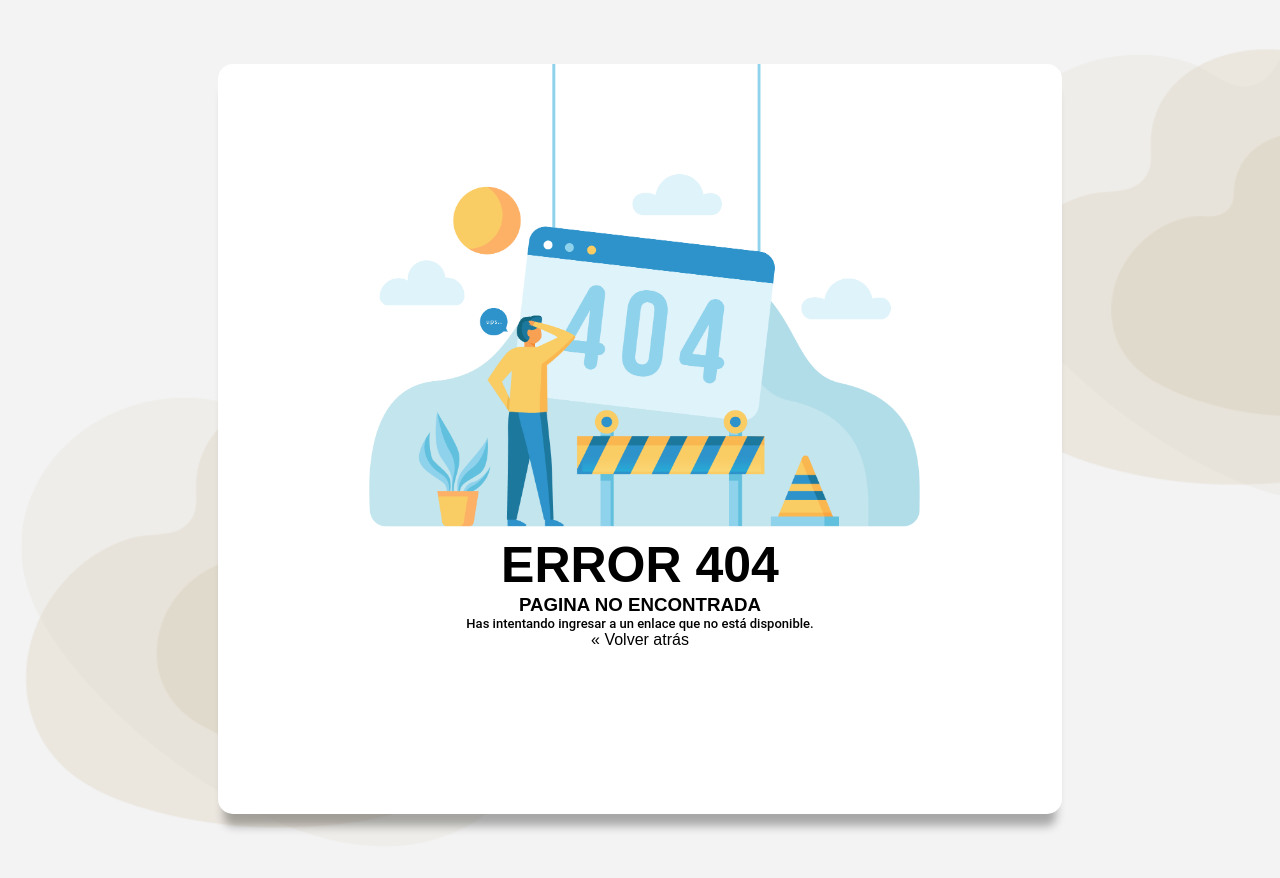
Repository: AlejandraBarrachina23/TPIntegrador_Barrachina_Java
Page: http://localhost/Alejandra_Barrachina_TP_Integrador1/error404.jsp
These files come from the project's save history. The page is drawn as it stood at one moment and after the next save; the edit follows.
The browser window is 1280 px wide. The pictures show the whole page.
Some web libraries are served in a nearby version. The page is served by Tomcat 9. Nobody is signed in. The application's start-up code is not run. Other server files are loaded and not shown.

Above is the page before, as saved 2019-12-19 12:36:56.

### Alejandra_Barrachina_TP_Integrador1/WebContent/error404.jsp

<%@ page language="java" contentType="text/html; charset=ISO-8859-1"
    pageEncoding="ISO-8859-1"%>
<!DOCTYPE html>
<html>
<head>
<meta charset="ISO-8859-1">

<script src="https://kit.fontawesome.com/735f5623c2.js"></script>
<link href="estilos.css" type="text/css" rel=stylesheet>
</head>
<body>

<div id="error-404">
		<img src="img/fondo-error.png" alt="icono-advertencia" class="">
		<h2>ERROR 404</h2>
		<h3>PAGINA NO ENCONTRADA</h3>
		<p>Has intentando ingresar a un enlace que no está disponible.</p>
		<a href="javascript:window.history.back();">&laquo; Volver atrás</a>
</div>

<script>
</script>
</body>
</html>

### Alejandra_Barrachina_TP_Integrador1/WebContent/estilos.css
@charset "ISO-8859-1";


* {
	padding:0px;
	margin:0px;
	border:0px;
}

body {
		background-color:#f3f3f3;
		background-image: url(iconos/fondo.png);
		background-repeat: no-repeat;
 		background-size: cover;


}

html,body{

margin:0px;

}


/*=============================================================
      FORMULARIO LOGIN
 ============================================================== */

 #error-404 {

 	background-color:#fff;
 	width:65;
 	height:750px;;
 	margin	: 5% 17%;
 	box-shadow: 0px 18px 10px -6px rgba(0,0,0,0.31);
 	text-align:center;
 	font-family: 'Francois One', sans-serif;
 	border-radius: 15px;

 }

 #error-404 a{

	color:black;

 }

  #error-404 img {

  width:70%;

  }

  #error-404 h2 {

  font-size:50px;
  }


 #login-avisos {

  	color:red;
  	margin-left:25%;
  	font-size:12px;
  }

 #recuperacion-aviso{
   	color:red;
  	margin-left:25%;
  	font-size:12px;
 }

 #form-login {

	width:65%;
 	margin	: 5% 17%;

}

#form-login-right, #form-login-left {


	height:750px;
	float:left;
	background-color:#F9FBFC;

}

#form-login-left {

	width:65%;
	border-top-left-radius: 20px;
	border-bottom-left-radius: 20px;
	box-shadow: 0px 18px 10px -6px rgba(0,0,0,0.31);
	opacity:0.9;
}

#form-login-left img {

	width:90%;
	padding	: 10% 5%;

}

#form-login-right {

	width:33%;
	border-top-right-radius: 20px;
	border-bottom-right-radius: 20px;
	box-shadow: 13px 14px 10px -6px rgba(0,0,0,0.31);
	opacity:0.8;

}


h1 {

		font-size:50px;
		font-family: 'Bebas Neue', cursive;
		color:#2C5060;
		margin-top:30%;
		text-align:center;
}

p, #form-login-right a {

	font-family: 'Roboto', sans-serif;
	font-weight: 500;
	font-size: 13px;
	color:black;
	text-align:center;
}

.text-box {

	border-bottom: 1px solid black;
	width:250px;
	text-align: center;
	margin-left:12%;
}

.text-box i {

	float:left;
	color: #2C5060;
	padding:7px;
}

#form-login-right [type="text"], #form-login-right [type="password"]{

	padding:5px;
	width:180px;
	border:none;
	outline:none;
	background-color:#FAFCFD;
	font-family: 'Oswald', sans-serif;

}

.main-button {

	background-color: #2C5060;
	color:white;
	width:35%;
	font-size:15px;
	border-style:none;
	padding:5px;
	border-radius: 15px;
	border: 0px solid #000000;
	box-shadow: 10px 10px 25px -13px rgba(0,0,0,0.75);
	font-family: 'Oswald', sans-serif;
	margin-left: 50%;

}

.main-button:hover {

	background-color: #1a6373;
}

.iconos-redes {

	width:5%;

}


#login-informacion {

	width:90%;
	padding:5%;

}


#login-informacion a{

	font-family: 'Oswald', sans-serif;
	font-size:15px;
	margin-left:48%;
}

#login-contacto{

	margin-top:50%;
	text-align:center;
}


#login-contacto p {

	font-size:18px;
	font-family: 'Oswald', sans-serif;

}

#login-recuperacion{

	padding-top:20%;
	text-align:center;

}

.restart-button{

	background-color: #2C5060;
	color:white;
	width:35%;
	font-size:15px;
	border-style:none;
	padding:5px;
	border-radius: 15px;
	border: 0px solid #000000;
	box-shadow: 10px 10px 25px -13px rgba(0,0,0,0.75);
	font-family: 'Oswald', sans-serif;

}

#form-advertencia {

	width:100%;
	text-align:center;
	margin-top:50%;
	color:#E16C78;
	font-family: 'Oswald', sans-serif;

}

.icono-advertencia{

	margin-top:15%;
	padding:2%;
	width:30%;
	margin: 0 auto;

}

#form-advertencia p {

	color:#E16C78;
	font-size: 15px;
}

.blue{

	color:#30A9E3;
}


 /*=======================
      FORMULARIO INDEX
 ========================= */

 .section-principal{

	float:left;
	height: 100vh;
	width:90%;
	background-color:#f3f3f3;
	color:black;
	text-align:center;
	margin-left:10%;
}

.section-principal select {

	font-family: 'Oswald', sans-serif;
	border:1px solid black;
	margin:5px;
	padding:2px;
	color:black;
}

.section-principal input{

	width:15%;
	padding:5px;
	border:1px solid black;
	font-family: 'Oswald', sans-serif;
}

.section-principal label{

	font-size:18px;
	font-family: 'Oswald', sans-serif;

}

.section-principal a{

	color:black;

}


nav {

	background-color:#2C5060;
	font-family: 'Francois One', sans-serif;
	width:10%;
	height: 100vh;
	font-size:15px;
	float:left;
	position:fixed;

}

 ul {

	list-sytle: none;
	width:100%;
}

a {

	text-decoration:none;
	color:white;

}

li:hover {

	border-left: solid 4px #2896BC;
	background-color: #2F5866;
	transition: background-color 0.3s;
	transition: border 0.3s;

}

ul li {

	border-left: solid 4px #2C5060;
	font-family: 'Oswald', sans-serif;
	padding:15px;
	border-bottom: 1px solid #2D5C6D;


}

.icon{

	width:13%;
	padding-right:5px;

}


#icon-usuario{

	width:40%;
}

li .icon{

	float:left;

}


#user {

	width:100%;
	margin-top:40%;
	text-align:center;
	padding: 10% 0%;
	border-bottom: 1px solid #2D5C6D;

}

#user h2{

	color:#fff;

}

#user p, #header-user p {

	font-size:15px;
	color:#fff;
	padding:8px;
	font-family: 'Oswald', sans-serif;
}

 /*=======================
      FORMULARIO ALUMNOS
 ========================= */


#logo{

	width:30%;
	height:150px;
	border-bottom: 1px solid white;
	color:white;
	text-align:center;
	margin-top:30px;
}

#alumnos-principal {

	background-color:#fff;
	width:83%;
	margin-left: 200px;
	height:300px;
	box-shadow: 10px 10px 25px -13px rgba(0,0,0,0.75);

}

#form-agregar-usuario {

	background-color: white;
	width:95%;
	height:200px;
	margin:20px;
	padding:10px;
	box-shadow: 10px 10px 25px -13px rgba(0,0,0,0.75);
	display: none;


}

#form-listado-alumnos,#form-cursos,#form-listado-calificaciones {

	background-color: white;
	width:97%;
	height: 100vh;
	margin:20px;
	padding:10px;
	box-shadow: 10px 10px 25px -13px rgba(0,0,0,0.75);

}

#form-cursos{

	background-color:#f3f3f3;
	box-shadow: none;
}

#btn-flecha {

	background-image: url("iconos/flecha.png");
	background-repeat: no-repeat;
	width:25px;
	height:25px;
	background-color:#2C5060;
	border: 0;
	float:right;

}

.dato {

	float:left;
	margin: 10px;
	width:23%;


}

.dato input {

		width: 200px;
		background: #f3f3f3;
		font: inherit;
		box-shadow: 0 6px 10px 0 rgba(0, 0, 0 , .1);
		border: 0;
		outline: 0;
		padding: 8px;

}

.encabezados {

	background-color:#2C5060;
	color:white;
	padding:10px;
	margin:10px;
	font-family: 'Oswald', sans-serif;

}



h3 {

	display:inline;

}

label {

	color:#2C5060;
	font-family: 'Open Sans', sans-serif;
	font-weight: 600;
	font-size: 10px;
}

.flecha {

	float:right;
}

.content-table{

	border-collapse:collapse;
	margin:20px 10px;
	font-size:0.9em;
	width:99%;
	min-width:600px;
	box-shadow: 7px 9px 23px -13px rgba(0,0,0,0.93);
	font-family: 'Roboto', sans-serif;

}

.content-table-cursos{

	border-collapse:collapse;
	margin:20px 10px;
	font-size:0.9em;
	width:50%;
	min-width:600px;
	box-shadow: 7px 9px 23px -13px rgba(0,0,0,0.93);
	font-family: 'Roboto', sans-serif;
}

.content-table th, .content-table-cursos {

	background-color:#2C5060;
	color:white;
	font-weight: 600;
	padding:12px;



}

.content-table tr,
.content-table td {

	padding:5px 5px;

}

.content-table td {

	border-bottom: 1px solid #dddddd;

}

.content-table tr:nth-of-type(even) {

	background-color:#f3f3f3;

}

.content-table tr:last-of-type {

	border-bottom: 3px solid #2C5060;

}

.content-table-cursos .content-fileter{

	width:50%;

}

.content-filter {

	background-color:#f3f3f3;
	width:100%;
	text-align:center;
	padding:10px;


}

.pie-pagina{

	float:left;
	margin-top:20px;
	text-align:right;
	width:100%;
}

 /*=======================
      FORMULARIO ALUMNOS
 ========================= */

#section-index{

	float:left;
	height: 100vh;
	width:100%;
	margin:1px 1px;
	text-align:center;


}

#index-encabezado{

	background-color:#2C5060;
	text-align:center;
	height:295px;
	width:100%;

}

#section-index img {

	width:50%;

}

#index-descripcion {

	box-shadow: 10px 10px 25px -13px rgba(0,0,0,0.75);
	font-family: 'Roboto', sans-serif;
	background-color:#fff;
}


#index-descripcion-encabezado{

	text-align:center;
	background-color:#fff;

}

#index-descripcion-encabezado img{

	width:50%;

}

#index-descripcion-encabezado h2{

	font-size:50px;
	font-family: 'Francois One', sans-serif;
	color:#2C5060;

}

#index-descripcion-encabezado p{

	font-size:15px;
	font-family: 'Francois One', sans-serif;
	color:#2C5060;

}

#index-descripcion-contenido{

	text-align:center;
	height:300px;
	margin-top:30px;
	padding-left:220px;
}

#index-descripcion-contenido-profesores{


	height:430px;
	width:100%;


}

#index-descripcion-contenido-profesores .index-item-descripcion{

	width:18%;
	height:300px;
	float:left;
	margin-left:40%;

}

.index-item-descripcion {

	width:18%;
	height:300px;
	float:left;
	margin:30px;

}

.index-item-descripcion img {

	width:40%;
	padding:0% 20%;
	margin:0% 5%;
}

.index-item-descripcion h3 {

	font-size:25px;
	font-family: 'Oswald', sans-serif;

}

.index-item-descripcion p {

	font-size:15px;

}

.btn-index {

	padding:10px;
	margin:10px 38px;
	background-color: #2C5060;
	font-family: 'Oswald', sans-serif;
	font-size:20px;
	color:#fff;
	width:60%;
	box-shadow: 10px 10px 25px -13px rgba(0,0,0,0.75);
	float:left;
	text-align:center;

}

.modal-fondo-accion {

	background: rgba(0,0,0,0.3);
	position:fixed;
	top:0;
	bottom:0;
	left:0;
	right:0;
	display:flex;
	align-items:center;
	justify-content:center;
	font-family: 'Francois One', sans-serif;
	visibility:hidden;
}

.modal-contenido-accion{

	background-color:#fff;
	box-shadow: 10px 10px 25px -13px rgba(0,0,0,0.75);
	width:15%;
	border-radius: 8px;
	padding-bottom: 15px;

}

#modal-fondo-accion .active{

	visibility:visible;
}


.accion-arriba{

	background-color: #3FC59D;
	padding:5% 0;
	width:100%;
}

.accion-abajo{

	background-color: #fff;
	padding:5% 0;
	width:100%;

}

.btn-accion-cerrar{

	background-color:blue;
	padding:2%;
	margin:3%;
	color:white;
}

.modal-contenido-accion img {

	width:25%;

}

.modal-fondo {

	background: rgba(0,0,0,0.3);
	position:fixed;
	top:0;
	bottom:0;
	left:0;
	right:0;
	display:flex;
	align-items:center;
	justify-content:center;
	visibility:hidden;

}

.modal-fondo.active{

	visibility:visible;
}

.modal-contenido {

	background-color:#fff;
	box-shadow: 10px 10px 25px -13px rgba(0,0,0,0.75);
	width:20%;
	border: 3px solid #2C5060;
	padding-bottom: 15px;
}

.modal-contenido .btn-modal {

	width:30%;
	color:white;
	background-color: #2C5060;
	font-size:20px;
	padding:5px;
	margin:5px;

}

.modal-contenido a {
	color:#fff;

}

.btn-modal-eliminar{

	width:30%;

	background-color: #2C5060;
	font-size:20px;
	padding:5px 25px;
	font-family: 'Oswald', sans-serif;
	margin:5px;
	border:1px solid black;

}

.modal-contenido [type="text"] {

	width:70%;
	font-size: 13px;
	margin-bottom:15px;

}

.modal-contenido h3 {

	font-size: 20px;
	font-family: 'Oswald', sans-serif;
	background-color:#2C5060;
	display:block;
	color:#fff;
	padding:8px;

}

.modal-contenido label {

	font-size: 15px;
	font-family: 'Roboto', sans-serif;
}

.modal-contenido select, .modal-contenido [type="date"], .modal-contenido [type="email"], .modal-contenido [type="number"] {

	font-family: 'Oswald', sans-serif;
	border:1px solid black;
	margin:5px;
	padding:2px;
	width:74%;
	padding:1%;
	color:black;

}

.modal-contenido [type="date"], .modal-contenido [type="email"], .modal-contenido [type="number"]{

	width:71%;

}

.opciones {

	color:black;
	background-color:#fff;

}

.btnFormulario {

	width:12%;
	padding:10px;
	font-size: 15px;
	font-family: 'Oswald', sans-serif;
	border-radius: 8px;
	background-color:#2C5060;
	color:white;
	float:right;
	border:0;
	margin:8px;
}

td .btn-modificar {

	width:22%;
	height:32px;
	background-image:url(iconos/modificar.png);
	background-repeat: no-repeat;
	border:none;
	background-color:inherit;
}

td .btn-eliminar {

	width:22%;
	height:32px;
	background-image:url(iconos/borrar.png);
	background-repeat: no-repeat;
	border:none;
	background-color:inherit;

}

td .btn-mostrar {

	width:12%;
	height:32px;
	background-color:blue;
	background-image:url(iconos/mostrar.png);
	background-repeat: no-repeat;
	border:none;
	background-color:inherit;
}

td .btn-calificaciones {

	width:12%;
	height:32px;
	background-image:url(iconos/notas.png);
	background-repeat: no-repeat;
	border:none;
	background-color:inherit;
}

/*=============================================================
      FORMULARIO CURSOS
 ============================================================== */

#form-curso-izquierda{

	background-color: #fff;
	width:38%;
	float:left;
	color:black;
	padding-left:5%;
	padding-right:5%;
	padding-bottom:5%;
	box-shadow: 10px 10px 25px -13px rgba(0,0,0,0.75);

}

#form-curso-derecha{

	width:38%;
	float:left;
	box-shadow: 10px 10px 25px -13px rgba(0,0,0,0.75);
	padding:5px 5%;
	margin-left:2%;
	background-color:#fff;

}

#form-curso-izquierda [type="text"], #form-curso-izquierda select{

	padding:5px;
	width:180px;
	background-color:#FAFCFD;
	font-family: 'Roboto', sans-serif;
	font-size: 12px;
	color:black;

}

#form-curso-izquierda label {

	font-size:18px;
	display: block;
	witdh:20px;
}

.form-cursos-encabezado-izquierda{

	background-color: #2C5060;
	width:100%;
	margin: 20px 0px;
	padding:1px;


}

.form-cursos-encabezado-izquierda h2{

	color:white;
	padding:2px;
	font-family: 'Oswald', sans-serif;
}

#form-curso-derecha #listado-alumnos {

	text-align:center;
	width:100%;

}

#form-curso-derecha #listado-alumnos li {

	font-size:15px;
	padding:0;
	width:20%;
	border:none;
	background-color:none;
	margin-left:40%;
	list-style: none;



}

#form-curso-derecha #listado-alumnos li:hover {

	background-color:white;
}

/*=============================================================
      FORMULARIO CALIFICACIONES
 ============================================================== */

.busqueda-califaciones{

	width:98%;
	margin:1%;
	box-shadow: 0px 18px 10px -6px rgba(0,0,0,0.31);
	background-color:#fff;
	padding-bottom:2%;

}

.busqueda-califaciones h2{

	width:99%;
	background-color:blue;
	color:#fff;
	background-color:#2C5060;
	font-family: 'Oswald', sans-serif;
	padding:0.5%;
	margin-bottom:1%;

}

#form-listado-calificaciones h2{

	color:#fff;
	background-color:#2C5060;
	font-family: 'Oswald', sans-serif;
	width:99%;
	padding:0.5%;

}


/*=============================================================
      FORMULARIO REPORTES
 ============================================================== */


#form-reportes{

	background-color: #f3f3f3;
	width:97%;
	height:970px;
	margin:20px;
	padding:10px;

}

#form-reportes-fila-uno{

	width:85%;
	height: 25vh;
	padding-left: 15%;
	overflow:hidden;


}

.fila-uno-items{

	width:15%;
	height:20vh;
	float:left;
	margin:1%;
	box-shadow: 0px 18px 10px -6px rgba(0,0,0,0.31);
	background-color:#fff;
	padding:1%;
	border-radius:10px;

}

.fila-uno-items img {

	width:40%;
	padding:3%;


}

.fila-uno-items h2 {

	font-family: 'Oswald', sans-serif;
	font-size:20px;

}

.fila-uno-items p {

	font-size:25px;
	font-family: 'Francois One', sans-serif;
	color:#2C5060;

}

.fila-uno-items-pie{

	padding:2%;
	margin-left:25%;
}

.fila-uno-items-pie img {

	width:12%;
	float:left;
}


.fila-uno-items-pie p {

	font-size:20px;
	float:left;

}

#form-reportes-fila-dos{

	width:100%;
	margin-top:3%;
	height:500px;


}

.form-reportes-graficos{

	width:25%;
	background-color:#fff;
	float:left;
	box-shadow: 0px 18px 10px -6px rgba(0,0,0,0.31);
	margin:3% 1%;
	padding:3%;
	border-radius:5px;
}

.form-reportes-graficos h3 {

	font-family: 'Oswald', sans-serif;
	margin:5%;
}

#form-reportes-fila-dos h2, #form-reportes-fila-tres h2{

	font-family: 'Oswald', sans-serif;
	background-color:#2C5060;
	height: 3vh;
	color:white;
	width:99.5%;
	padding:0.5%;

}

.fila-uno-items-pie{

	border-top: 1px solid #f3f3f3;

}

#form-reportes-fila-tres {

	width:100%;
	heigth:300px;
	overflow:hidden;

}

.reporte-fila-tres-promedio{

	width:39%;
	float:left;
	text-align:center;
	margin:0.5%;
	background-color:#fff;
	box-shadow: 0px 18px 10px -6px rgba(0,0,0,0.31);
	padding:0.5% 5%;

}

.reporte-fila-tres-promedio h3{

	font-family: 'Oswald', sans-serif;
}

#form-reportes-fila-tres .content-table {

	width:100%;
	float:left;
	padding:20px;
	margin:3% 6%;

}

.resultado-busqueda{

	width:98%;
	heigth:500px;
	background-color:#fff;
	overflow:hidden;
	margin-left:1%;
}

.resultado-busqueda-asistencias{

	width:98%;
	heigth:500px;
	overflow:hidden;
	margin-left:1%;

}

.tabla-resultado-busqueda{

	width:60%;
	float:left;
	margin: 1% 20%;

}

.resultado-busqueda-asistencias .tabla-resultado-busqueda{

	width:30%;
	float:left;
	margin: 1% 20%;
}


.titulos {

	background-color:#2C5060;
	color:#fff;
	padding:0.5%;
	font-family: 'Oswald', sans-serif;

}

.form-reportes-graficos-asistencias{

	width:30%;
}


.form-reportes-graficos-asistencias h3{

	font-family: 'Oswald', sans-serif;
}

.resultado-busqueda-asistencias .graficos-resultado-busqueda .form-reportes-graficos-asistencias{

	margin-left:35%;
	margin-top:1%;
}

.resultado-busqueda-asistencias .tabla-resultado-busqueda{

	margin-left:32%;
	margin-top:1%;
}

Loaded but not shown: Alejandra_Barrachina_TP_Integrador1/WebContent/img/fondo-error.svg (149 lines, source omitted)

After the next save:
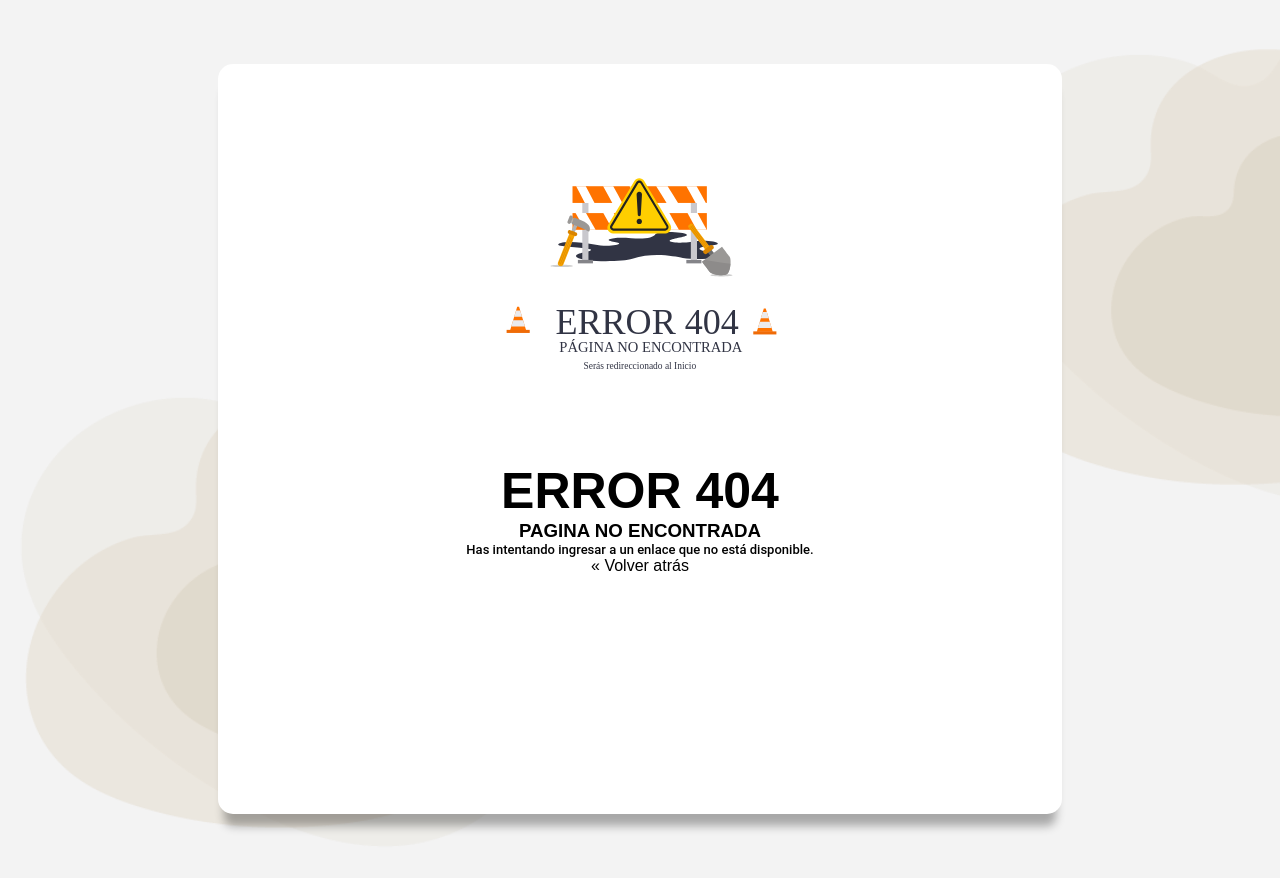
Saved 26 s later.
--- a/Alejandra_Barrachina_TP_Integrador1/WebContent/error404.jsp
+++ b/Alejandra_Barrachina_TP_Integrador1/WebContent/error404.jsp
@@ -12,7 +12,7 @@
 <body>
 
 <div id="error-404">
-		<img src="img/fondo-error.png" alt="icono-advertencia" class="">
+		<img src="img/fondo-error.svg" alt="icono-advertencia" class="">
 		<h2>ERROR 404</h2>
 		<h3>PAGINA NO ENCONTRADA</h3>
 		<p>Has intentando ingresar a un enlace que no está disponible.</p>

After the save that followed:
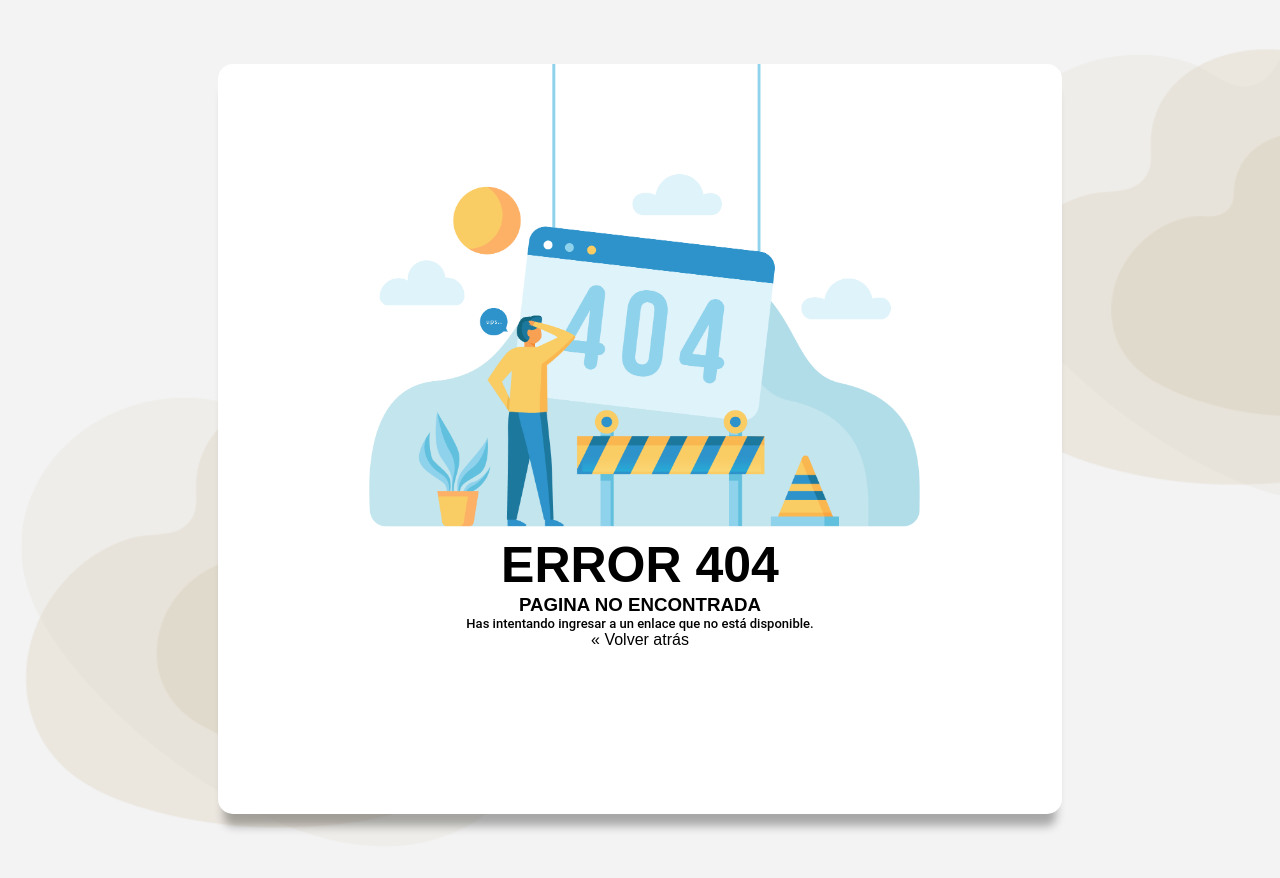
Saved 66 s later.
--- a/Alejandra_Barrachina_TP_Integrador1/WebContent/error404.jsp
+++ b/Alejandra_Barrachina_TP_Integrador1/WebContent/error404.jsp
@@ -12,7 +12,7 @@
 <body>
 
 <div id="error-404">
-		<img src="img/fondo-error.svg" alt="icono-advertencia" class="">
+		<img src="img/fondo-error.png" alt="icono-advertencia" class="">
 		<h2>ERROR 404</h2>
 		<h3>PAGINA NO ENCONTRADA</h3>
 		<p>Has intentando ingresar a un enlace que no está disponible.</p>
